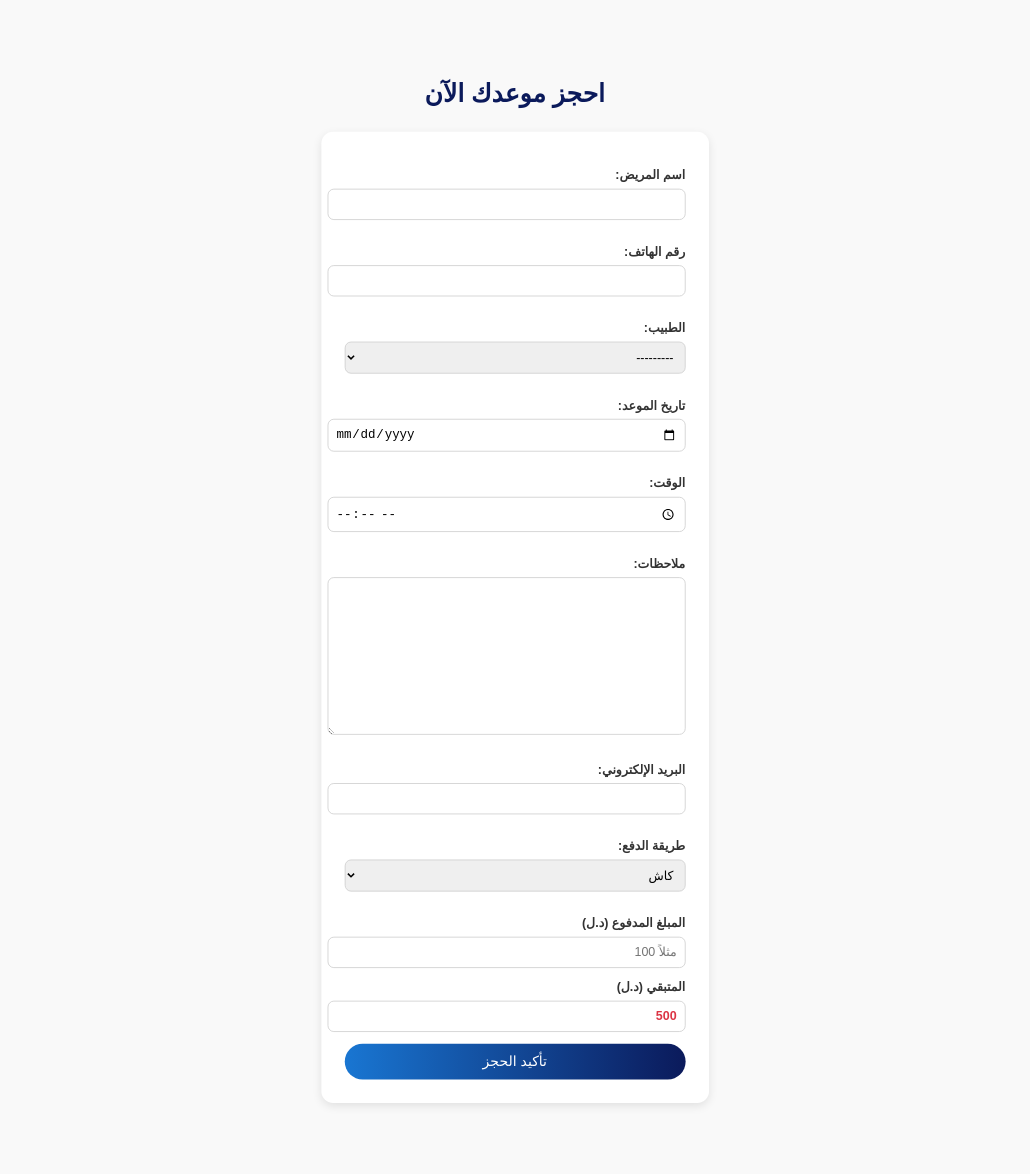
Repository: mysite4/s
Page: http://localhost/booking/
The author's editor kept a copy of each file at every save. The page is drawn from the files as they stood at one save, then again after the next save.
The browser window is 1280 px wide. The page is 1320 px wide, so the pictures cover 1320 px, including what lies to the right of the window. The pictures show the whole page, at 78% of full size.
Some web fonts or font styles are not loaded; a fallback is used. The page is served by the project's application, run on Django 5.2 (manage.py). Other server files are loaded and not shown. Queries for data that is not in the repository find no rows.

Above is the page before, as saved 2026-01-03 18:09:07.

### main/templates/booking.html
{% load static %}
<!DOCTYPE html>
<html lang="ar" dir="rtl">
<head>
  <meta charset="UTF-8">
  <meta name="viewport" content="width=device-width, initial-scale=1.0">
  <title>احجز موعدك</title>
  <link href="https://fonts.googleapis.com/css2?family=Cairo:wght@200..1000&display=swap" rel="stylesheet">
  <link rel="stylesheet" href="{% static 'css/style.css' %}">
  <style>
    body {
      font-family: 'Cairo', sans-serif;
      background-color: #f9f9f9;
      text-align: center;
      padding: 80px 20px;
    }
    h1 {
      color: #0b1a5b;
      margin-bottom: 30px;
    }
    form {
      max-width: 500px;
      margin: 0 auto;
      background: #fff;
      padding: 30px;
      border-radius: 15px;
      box-shadow: 0 4px 12px rgba(0,0,0,0.1);
      text-align: right;
    }
    label {
      display: block;
      margin-bottom: 8px;
      font-weight: bold;
      color: #333;
    }
    input, select, textarea {
      width: 100%;
      padding: 10px;
      margin-bottom: 15px;
      border: 1px solid #ccc;
      border-radius: 8px;
      font-size: 16px;
    }
    button {
      background: linear-gradient(to right, #1976d2, #0b1a5b);
      color: white;
      padding: 12px 25px;
      border: none;
      border-radius: 30px;
      cursor: pointer;
      transition: 0.3s;
      font-size: 18px;
      width: 100%;
    }
    button:hover {
      background: linear-gradient(to right, #0b1a5b, #1976d2);
    }
    #remaining_amount {
      font-weight: bold;
      margin-bottom: 15px;
      color: #dc3545;
    }
  </style>
</head>
<body>

  <h1>احجز موعدك الآن</h1>
  <form method="POST">
    {% csrf_token %}

    {{ form.as_p }}

    <!-- حقل الدفع -->
    <label for="paid_amount">المبلغ المدفوع (د.ل)</label>
    <input type="number" step="0.01" name="paid_amount" id="paid_amount" placeholder="مثلاً 100" required>

    <!-- حقل المتبقي -->
    <label>المتبقي (د.ل)</label>
    <input type="text" id="remaining_amount" value="500" readonly>


    <button type="submit">تأكيد الحجز</button>
  </form>

  <script>
    const paidInput = document.getElementById('paid_amount');
    const remainingInput = document.getElementById('remaining_amount');
    const totalPrice = 500;  // سعر الكشف ثابت

    paidInput.addEventListener('input', function() {
      const paid = parseFloat(paidInput.value) || 0;
      let remaining = totalPrice - paid;
      if (remaining < 0) remaining = 0;
      remainingInput.value = remaining.toFixed(2);
    });
  </script>

</body>
</html>

### main/forms.py
from django import forms
from .models import Appointment, Patient

# ---------------- Appointment Form ----------------
class AppointmentForm(forms.ModelForm):
    email = forms.EmailField(required=True, label="البريد الإلكتروني")  # ← جديد
    PAYMENT_CHOICES = (
        ("cash", "كاش"),
        ("card", "بطاقة"),
        ("not_paid", "غير مدفوع"),
    )
    payment_method = forms.ChoiceField(choices=PAYMENT_CHOICES, label="طريقة الدفع")

    class Meta:
        model = Appointment
        fields = ['name', 'phone', 'doctor', 'date', 'time', 'message' , 'email']
        widgets = {
            'date': forms.DateInput(attrs={'type': 'date'}),
            'time': forms.TimeInput(attrs={'type': 'time'}),
        }

# ---------------- Patient Form ----------------
class PatientForm(forms.ModelForm):
    class Meta:
        model = Patient
        fields = ['name', 'age', 'gender', 'phone', 'disease', 'notes']

### main/models.py
from django.db import models
from django.utils import timezone

# ---------------------- Doctors ----------------------
class Doctor(models.Model):
    name = models.CharField(max_length=100)
    specialty = models.CharField(max_length=100)

    def __str__(self):
        return f"{self.name} - {self.specialty}"


# ---------------------- Patients ----------------------
class Patient(models.Model):
    name = models.CharField(max_length=100)
    age = models.IntegerField(blank=True, null=True)
    gender = models.CharField(max_length=10)
    phone = models.CharField(max_length=15)
    email = models.EmailField(blank=True, null=True)  # ✅ أضفنا الحقل
    disease = models.CharField(max_length=200, blank=True, null=True)
    created_at = models.DateTimeField(auto_now_add=True)
    notes = models.TextField(blank=True, null=True)

    def __str__(self):
        return self.name


# ---------------------- Appointment ----------------------
class Appointment(models.Model):
    name = models.CharField(max_length=100, verbose_name="اسم المريض")
    phone = models.CharField(max_length=20, verbose_name="رقم الهاتف")
    doctor = models.ForeignKey(Doctor, on_delete=models.CASCADE, verbose_name="الطبيب")
    date = models.DateField(verbose_name="تاريخ الموعد")
    time = models.TimeField(verbose_name="الوقت")
    message = models.TextField(blank=True, null=True, verbose_name="ملاحظات")
    service_price = models.DecimalField(max_digits=10, decimal_places=2, default=500, verbose_name="سعر الكشف")
    created_at = models.DateTimeField(default=timezone.now)

    def __str__(self):
        return f"موعد {self.name} مع {self.doctor.name} بتاريخ {self.date}"


# ---------------------- Invoice ----------------------
class Invoice(models.Model):
    appointment = models.OneToOneField(
        Appointment,
        on_delete=models.CASCADE,
        null=True,
        blank=True
    )
    number = models.CharField(
        max_length=100,
        unique=True,
        null=True,
        blank=True
    )

    total_amount = models.DecimalField(max_digits=10, decimal_places=2, default=0)  # ← أصبح حقل حقيقي
    paid_amount = models.DecimalField(max_digits=10, decimal_places=2, default=0)
    date = models.DateField(default=timezone.now)

    @property
    def remaining_amount(self):
        remaining = self.total_amount - self.paid_amount
        return remaining if remaining > 0 else 0  # يمنع القيم السالبة

    def __str__(self):
        if self.appointment:
            return f"فاتورة {self.number} - {self.appointment.name}"
        return f"فاتورة {self.number} - غير مرتبطة بموعد"


# ---------------------- Payment ----------------------
class Payment(models.Model):
    invoice = models.ForeignKey(
        Invoice,
        on_delete=models.CASCADE,
        related_name="payments",
        null=True,
        blank=True
    )
    amount = models.DecimalField(max_digits=10, decimal_places=2)
    paid_at = models.DateTimeField(auto_now_add=True)

    def __str__(self):
        if self.invoice:
            return f"{self.amount} د.ل - {self.invoice.number}"
        return f"{self.amount} د.ل - فاتورة غير محددة"


# ---------------------- Notification ----------------------
class Notification(models.Model):
    title = models.CharField(max_length=200)
    message = models.TextField()
    created_at = models.DateTimeField(auto_now_add=True)
    is_active = models.BooleanField(default=True)

    def __str__(self):
        return self.title


# ---------------------- Accounting ----------------------
class AccountingItem(models.Model):
    date = models.DateField()
    income = models.FloatField()
    expense = models.FloatField()

    def __str__(self):
        return f"{self.date} - Income: {self.income} / Expense: {self.expense}"


# ---------------------- Doctor Schedule ----------------------
class DoctorSchedule(models.Model):
    name = models.CharField(max_length=100)
    hall = models.CharField(max_length=50)
    start_time = models.TimeField()
    end_time = models.TimeField()

    def __str__(self):
        return self.name

### mysite/urls.py
"""
URL configuration for mysite project.

The `urlpatterns` list routes URLs to views. For more information please see:
    https://docs.djangoproject.com/en/5.2/topics/http/urls/
Examples:
Function views
    1. Add an import:  from my_app import views
    2. Add a URL to urlpatterns:  path('', views.home, name='home')
Class-based views
    1. Add an import:  from other_app.views import Home
    2. Add a URL to urlpatterns:  path('', Home.as_view(), name='home')
Including another URLconf
    1. Import the include() function: from django.urls import include, path
    2. Add a URL to urlpatterns:  path('blog/', include('blog.urls'))
"""
from django.contrib import admin
from django.urls import path, include

urlpatterns = [
    path('admin/', admin.site.urls),
    path('', include('main.urls')),
]

### main/urls.py
from django.urls import path
from . import views
from .views import accounting_dashboard
from .views import print_invoice_view
urlpatterns = [
    path('', views.home, name='home'),
    path('booking/', views.booking_page, name='booking_page'),
    path('services/appointments/', views.appointments, name='appointments'),
    path('appointments/delete/', views.delete_appointment, name='delete_appointment'),
    path('services/patients/', views.patients_view, name='patients'),
     path("accounting-dashboard/", accounting_dashboard, name="accounting_dashboard"),
    path('services/reception/', views.reception, name='reception'),
    path('services/notifications/', views.notifications_page, name='notifications'),
    path('services/statistics/', views.stats_view, name='statistics'),  # ✅ تم التعديل هنا
    path('services/tasks/', views.tasks, name='tasks'),
    path('services/emergency/', views.emergency, name='emergency'),
    path('edit_appointment/', views.edit_appointment, name='edit_appointment'),
    path('appointments/add/', views.add_appointment, name='add_appointment'),
    path('invoice/print/<int:invoice_id>/', print_invoice_view, name='print_invoice'),
    path('services/prices/', views.price_list, name='price_list'),
]

### main/static/css/style.css
/* إعدادات عامة */
html, body {
  margin: 0;
  padding: 0;
  width: 100%;
  min-height: 100%;
  font-family: 'Cairo', sans-serif;
  background-color: #f9f9f9;
  display: flex;
  flex-direction: column;
}

/* Navbar */
nav {
  width: 100%;
  background-color: #ffffff;
  box-shadow: 0 4px 8px rgba(0, 123, 255, 0.2);
  position: fixed;
  top: 0;
  z-index: 1000;
}

nav ul {
  display: flex;
  justify-content: center;
  list-style: none;
  margin: 0;
  padding: 0 30px;
}

nav ul li {
  margin: 0 15px;
}

nav ul li a {
  text-decoration: none;
  color: #007bff;
  font-weight: 600;
  padding: 15px 0;
  display: inline-block;
  transition: color 0.3s, border-bottom 0.3s;
}

nav ul li a:hover {
  color: #0056b3;
  border-bottom: 3px solid #007bff;
}

/* صورة شفافة أسفل النافبار */
.header-image {
  width: 100%;
  margin-top: 60px;
}

.header-image img {
  width: 100%;
  height: auto;
  display: block;
}

/* Header */
header {
  position: relative;
  width: 100%;
  min-height: 120px; /* تم تصغير اللون */
  overflow: hidden;
  background: linear-gradient(to left, #0b1a5b, #1976d2);
  display: flex;
  flex-direction: column;
  justify-content: center;
  align-items: center;
  padding: 10px 0 0 0; /* تقليل الحشو */
}

.header-content {
  display: flex;
  flex-direction: row;
  justify-content: space-between;
  align-items: center;
  width: 100%;
  max-width: 1200px;
  padding: 10px 40px;
  margin-top: 5px;
}

.header-text {
  color: white;
  max-width: 50%;
  text-align: center;
  line-height: 1.4;
  padding: 15px;
}

.header-text h1 {
  font-size: 42px;
  margin: 0;
}

.header-text h3 {
  font-size: 20px;
  margin-top: 8px;
  color: rgba(255,255,255,0.85);
}

.header-icon img {
  width: 380px;
  height: auto;
  border-radius: 15px;
}

/* About Section */
.about-section {
  max-width: 1200px;
  margin: 20px auto;
  text-align: center;
}

.about-section p {
  color: #447296;
}

.about-section h2 {
  font-size: 28px;
  margin-bottom: 30px;
  color: #0b1a5b;
}

.about-content {
  display: flex;
  justify-content: flex-start;
  align-items: center;
  gap: 20px;
  flex-wrap: wrap;
}

.about-text {
  flex: 1 1 55%;
  text-align: right;
  font-size: 16px;
  line-height: 1.6;
}

.about-image {
  flex: 1 1 40%;
  text-align: center;
}

.about-image img {
  width: 100%;
  max-width: 250px;
  height: auto;
  border-radius: 10px;
  border: 5px solid #083d75;
}

/* Media Queries للشاشات الصغيرة */
@media (max-width: 768px) {
  .about-content {
    flex-direction: column;
    gap: 15px;
  }

  .about-text, .about-image {
    flex: 1 1 100%;
    text-align: center;
  }

  .about-image img {
    max-width: 200px;
  }
}

/* Services Section */
.services-section {
  max-width: 1200px;
  margin: 0px auto 50px auto;
  text-align: center;
}

.services-section h2 {
  font-size: 32px;
  margin-bottom: 30px;
  color: #0e173f;
}

.services-container {
  display: flex;
  flex-wrap: wrap;
  justify-content: space-between;
  gap: 20px;
}

.service-item {
  flex: 1 1 22%;
  text-align: center;
  margin-bottom: 30px;
}

.service-item img {
  width: 60px;
  height: 60px;
  margin-bottom: 10px;
}

.service-item p {
  font-size: 15px;
  color: #447296;
}

.service-item h3 {
  color: #0e173f;
}

/* Main Content */
main {
  flex: 1;
  padding: 30px 50px;
  margin-top: 0; /* تم إزالة المسافة بين الهيدر والفقره */
}

.services-container .service-item a {
    display: block;
    text-decoration: none; /* هذا يلغي الخط الافتراضي */
    color: inherit;
}


/* Doctors Section */
.doctors-section {
  padding: 60px 0;
  background: #fff;
}

.doctors-section h2 {
  color: #0b1a5b;
  margin-bottom: 10px;
  font-size: 28px;
  text-align: center;
}

.doctors-section .description {
  color: #555;
  max-width: 700px;
  margin: 0 auto 40px;
  line-height: 1.8;
  text-align: center;
}

.doctor-card {
  background: none;
  box-shadow: none;
  text-align: center;
  transition: transform 0.3s ease;
}

.doctor-card:hover {
  transform: translateY(-10px);
}

.doctor-img img {
  width: 160px;
  height: 160px;
  object-fit: cover;
  border-radius: 50%;
  margin-bottom: 10px;
  border: 3px solid #1976d2;
}

.doctor-name {
  font-weight: 600;
  color: #0b1a5b;
  font-size: 18px;
}

.doctor-info h3 {
  font-weight: 600;
  color: #0b1a5b;
  font-size: 18px;
  margin-bottom: 5px;
}

.doctor-info p {
  font-size: 14px;
  color: #447296;
  margin-bottom: 15px;
  line-height: 1.4;
}

/* Buttons */
.book-doctor-btn {
  display: inline-block;
  background: linear-gradient(to right, #1976d2, #0b1a5b);
  color: #fff;
  padding: 10px 25px;
  border-radius: 30px;
  text-decoration: none;
  font-size: 14px;
  font-weight: bold;
  transition: 0.3s ease;
}

.book-doctor-btn:hover {
  background: linear-gradient(to right, #0b1a5b, #1976d2);
  transform: scale(1.05);
}

/* Media Queries */
@media (max-width: 992px) {
  .header-content {
    flex-direction: column;
    text-align: center;
    padding: 0 20px;
  }

  .header-text {
    max-width: 100%;
    margin-bottom: 20px;
    text-align: center;
  }

  .header-icon img {
    width: 80%;
  }

  nav ul {
    justify-content: center;
  }

  .service-item {
    flex: 1 1 45%;
  }
}

@media (max-width: 600px) {
  .service-item {
    flex: 1 1 100%;
  }

  .about-section {
    flex-direction: column;
    align-items: center;
  }

  .about-text {
    text-align: center;
    padding-left: 0;
  }

  .about-image img {
    max-width: 200px;
  }
}

/* Footer */
footer {
  width: auto;
  background: linear-gradient(to right, #1976d2, #0b1a5b);
  color: #fff;
  padding: 40px 20px 20px;
  text-align: center;
  font-family: 'Cairo', sans-serif;
  margin: 0;
}

.footer-container {
  display: flex;
  flex-wrap: wrap;
  justify-content: space-evenly;
  gap: 30px;
}

.footer-col {
  flex: 1 1 250px;
  max-width: 300px;
  text-align: left;
}

.footer-col h3 {
  color: #fff;
  margin-bottom: 15px;
  font-size: 20px;
  border-bottom: 2px solid #fff;
  display: inline-block;
  padding-bottom: 5px;
}

.footer-col p, .footer-col ul {
  margin: 5px 0;
  padding: 0;
  list-style: none;
  color: rgba(255,255,255,0.9);
}

.footer-col ul li {
  margin: 5px 0;
}

.social-icons {
  display: flex;
  justify-content: center;
  gap: 15px;
  margin-top: 20px;
}

.social-icons a {
  color: #fff;
  font-size: 20px;
  border: 2px solid #fff;
  border-radius: 50%;
  padding: 8px;
  transition: 0.3s;
}

.social-icons a:hover {
  background-color: #fff;
  color: #0b1a5b;
  transform: scale(1.1);
}

.bottom-text {
  margin-top: 20px;
  font-size: 14px;
  color: rgba(255,255,255,0.7);
  width: 100%;
  background: rgba(0,0,0,0.1);
  padding: 10px 0;
}

/* استجابة للشاشات الصغيرة */
@media (max-width: 768px) {
  .footer-container {
    flex-direction: column;
    text-align: center;
  }

  .footer-col {
    text-align: center;
  }
}

Loaded but not shown: main/views.py (220 lines, source omitted)

After the next save:
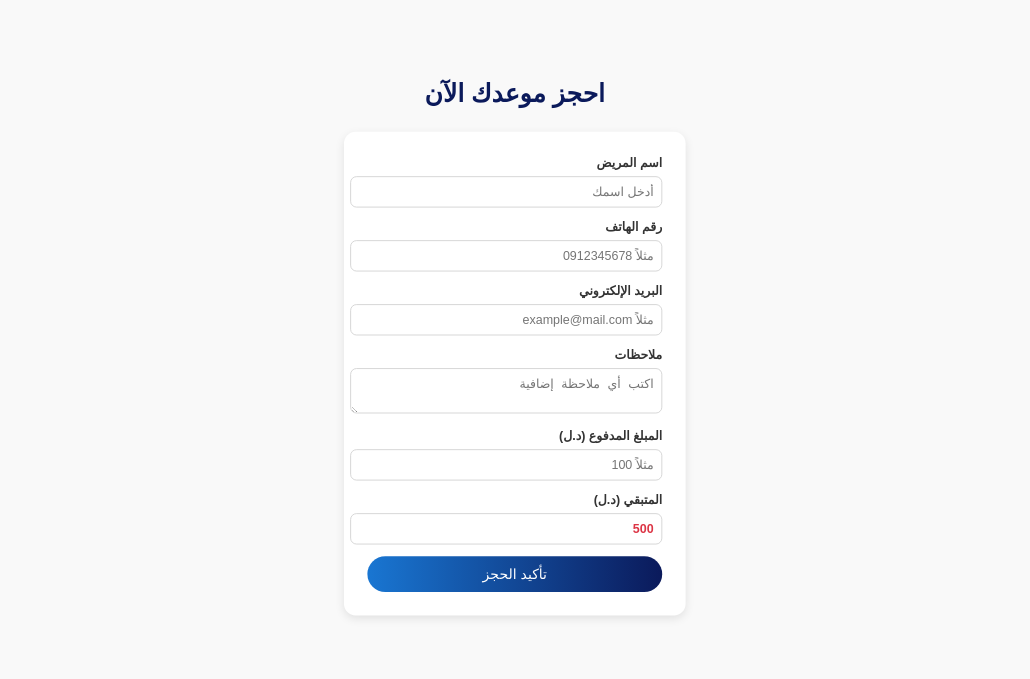
Saved 2 min 15 s later.
--- a/main/templates/booking.html
+++ b/main/templates/booking.html
@@ -68,7 +68,21 @@
   <form method="POST">
     {% csrf_token %}
 
-    {{ form.as_p }}
+    <!-- اسم المريض -->
+    <label for="id_name">اسم المريض</label>
+    <input type="text" name="name" id="id_name" placeholder="أدخل اسمك" required>
+
+    <!-- رقم الهاتف -->
+    <label for="id_phone">رقم الهاتف</label>
+    <input type="text" name="phone" id="id_phone" placeholder="مثلاً 0912345678" required>
+
+    <!-- الإيميل -->
+    <label for="id_email">البريد الإلكتروني</label>
+    <input type="email" name="email" id="id_email" placeholder="مثلاً example@mail.com" required>
+
+    <!-- ملاحظات إضافية -->
+    <label for="id_message">ملاحظات</label>
+    <textarea name="message" id="id_message" placeholder="اكتب أي ملاحظة إضافية"></textarea>
 
     <!-- حقل الدفع -->
     <label for="paid_amount">المبلغ المدفوع (د.ل)</label>
@@ -77,7 +91,6 @@
     <!-- حقل المتبقي -->
     <label>المتبقي (د.ل)</label>
     <input type="text" id="remaining_amount" value="500" readonly>
-
 
     <button type="submit">تأكيد الحجز</button>
   </form>
